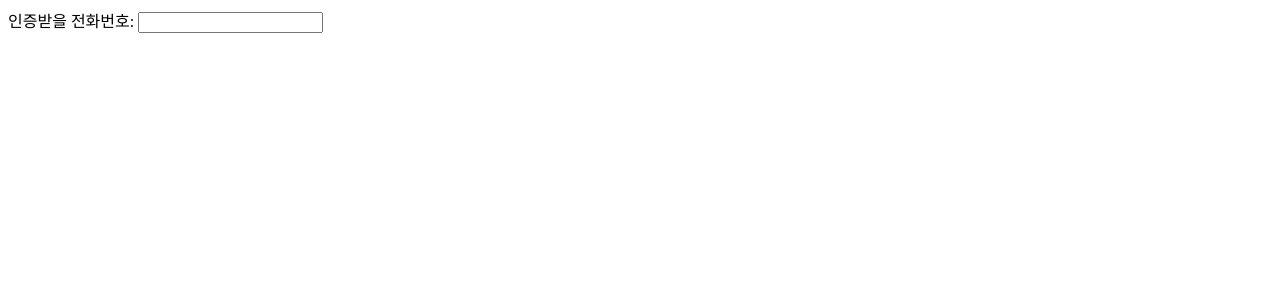
Repository: syshin0116/data2
Page: http://localhost/spring04/ajax1.jsp
The author's editor kept a copy of each file at every save. The page is drawn from the files as they stood at one save, then again after the next save.
The browser window is 1280 px wide. The pictures show the whole page.
The page is served by Tomcat 9.

Above is the page before, as saved 2022-02-17 07:41:35.

After the next save:
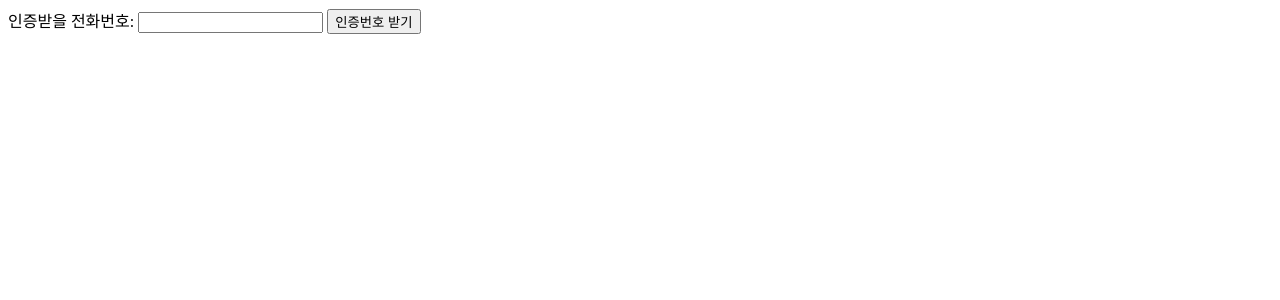
Saved 14 s later.
--- a/spring04/src/main/webapp/ajax1.jsp
+++ b/spring04/src/main/webapp/ajax1.jsp
@@ -24,5 +24,6 @@
 <body>
 인증받을 전화번호:
 <input type="text" id="tel">
+<button id="b1">인증번호 받기</button>
 </body>
 </html>
